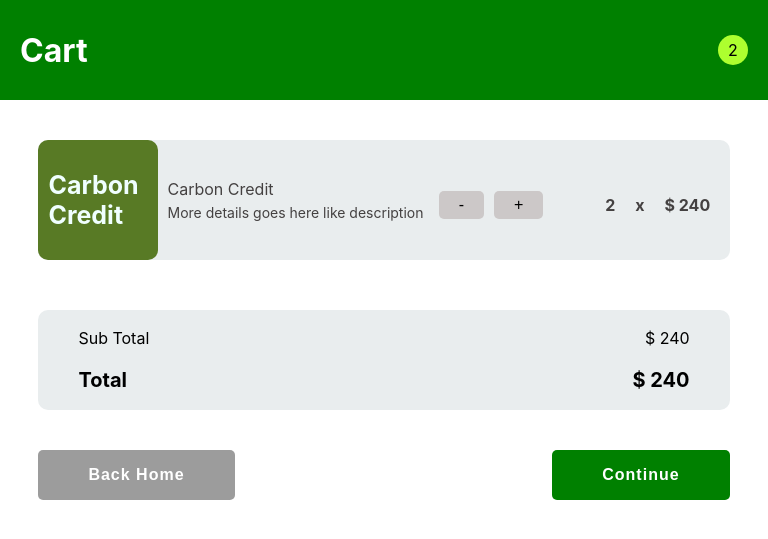
Repository: Yowani24/CarbonApp
Page: /cart
The author's editor kept a copy of each file at every save. The page is drawn from the files as they stood at one save, then again after the next save.
The browser window is 768 px wide. The pictures show the whole page.
The project was rebuilt for these pictures with package versions that can differ from the ones it lists, and the page was loaded fresh each time. The framework's server and built-in components were replaced by stand-ins that run in the browser. Also part of the build but not shown: next.config.js.

Above is the page before, as saved 2021-09-26 23:07:23.

### pages/_app.js
import '../styles/globals.css'
import Cart from './cart';

function MyApp({ Component, pageProps }) {
  return (
    <>
      <Component {...pageProps} />
    </>
  );
}

export default MyApp

### pages/cart/index.js
import React from 'react';
import Head from 'next/head'

import styles from './Cart.module.css'
import Link from 'next/link'

export default function Cart(props) {
    return (
        <>
          <Head>
              <title>Cart</title>
          </Head>
          <header>
              <div className={styles.interface}>
                    <div className={styles.header_content}>
                        <h1>Cart</h1>
                        <p>2</p>
                    </div>
              </div>
          </header>

          <section>
              <div className={styles.interface}>
                  <div className={styles.boxes}>
                      <div className={styles.content_box}>
                          <div className={styles.box}>
                              <h3>Carbon Credit</h3>
                          </div>

                          <div className={styles.product_details}>
                            <div className={styles.description}>
                                <p>Carbon Credit</p>
                                <p>More details goes here like description</p>
                            </div>

                            <div className={styles.details_wrapper}>
                                <div className={styles.quantity_controls}>
                                    <button>-</button>
                                    <button>+</button>
                                </div>

                                <div className={styles.current_money}>
                                    <p>2</p>
                                    <span>x</span>
                                    <p>$ 240</p>
                                </div>
                            </div>
                          </div>
                      </div>
                  </div>

                  <div className={styles.total_to_pay_box}>
                      <span>
                          <p>Sub Total</p>
                          <p>$ 240</p>
                      </span>
                      <span>
                          <p>Total</p>
                          <p>$ 240</p>
                      </span>
                  </div>

                  <div className={styles.button_box}>
                      <Link href="/"><button>Back Home</button></Link>
                      <button>Continue</button>
                  </div>
              </div>
          </section>
        </>
    )
}

### styles/globals.css
html,
body {
  padding: 0;
  margin: 0;
  font-family: -apple-system, BlinkMacSystemFont, Segoe UI, Roboto, Oxygen,
    Ubuntu, Cantarell, Fira Sans, Droid Sans, Helvetica Neue, sans-serif;
}

a {
  color: inherit;
  text-decoration: none;
}

* {
  margin: 0;
  box-sizing: border-box;
}

### pages/cart/Cart.module.css
.interface{
    width: 80%;
    margin: 0 auto;
}

@media (max-width: 780px){
    .interface{
        width: 100%;
    }
}

/* =================HEADER================ */

.header_content{
    display: flex;
    justify-content: space-between;
    align-items: center;
    height: 100px;
    padding: 0 20px;
    background: green;
}
.header_content h1{
    color: #FFFFFF;
}
.header_content p{
    background: greenyellow;
    display: flex;
    justify-content: center;
    align-items:center;
    width: 30px;
    height: 30px;
    border-radius: 100%;
}


/* ============================== */
.boxes{
    margin-top: 40px;
}
.content_box{
    width: 100%;
    height: 120px;
    background:rgb(233, 237, 238);
    border-radius: 10px;

    display: flex;
    align-items:center;
}
.box{
    width: 120px;
    background: rgb(88, 122, 37);
    height: 100%;
    border-radius: 10px;

    display: flex;
    justify-content: center;
    align-items: center;
}
.box h3{
    font-size: 25px;
    width: 100px;
    color: azure;
}
.product_details{
    display: flex;
    justify-content: space-between;
    align-items: center;
    width: 80%;
    margin: 0 auto;
    color: hsl(0, 2%, 26%);
}
.description p:nth-child(2){
    margin-top: 5px;
    font-size: 14px;
}
.details_wrapper{
    width: 60%;

    display: flex;
    align-items: center;
    justify-content: space-between;
}
.quantity_controls button{
    border: none;
    padding: 5px 20px;
    margin: 0 5px;
    border-radius: 5px;
    font-size: 16px;
    background: rgb(204, 200, 200);
    cursor: pointer;
}
.quantity_controls button:active{
    background: rgb(148, 146, 146);
}
.current_money{
    display: flex;
    font-size: 16px;
    font-weight: bold;
}
.current_money span{
    padding: 0 20px;
}

@media (max-width: 415px){
    .content_box{
        height: 80px;
    }
    .box{
        width: 80px;
    }
    .box h3{
        font-size: 16px;
        width: 60px;
        color: azure;
    }

    .product_details{
        justify-content: center;
        flex-direction: column;
        width: 60%;
    }
    .description{
        width: 100%;
    }
    .description p:first-child{
        font-size: 14px;
    }
    .description p:nth-child(2){
        margin-top: 2px;
        font-size: 9px;
    }
    .details_wrapper{
        width: 100%;
        margin-top: 10px;
    }
    .quantity_controls button{
        padding: 5px 10px;
    }
    .current_money span{
        padding: 0 5px;
    }
}
@media (max-width: 780px){
    .content_box{
        height: 120px;
        width: 90%;
        margin: 0 auto;
    }
}

/* ==================================== */

.total_to_pay_box{
    width: 100%;
    height: 100px;
    background:rgb(233, 237, 238);
    border-radius: 10px;

    display: flex;
    flex-direction: column;
    justify-content: center;
    margin-top: 50px;
    padding: 0 40px;
}

.total_to_pay_box span{
    display: flex;
    justify-content: space-between;
    margin: 10px 0;
}
.total_to_pay_box span:nth-child(2){
    font-weight: bold;
    font-size: 20px;
}

@media (max-width: 415px){
    .total_to_pay_box{
        height: 80px;
    }
    .total_to_pay_box span{
        margin: 5px 0;
    }
    .total_to_pay_box span:first-child{
        font-size: 14px;
    }
    .total_to_pay_box span:nth-child(2){
        font-size: 16px;
    }
}
@media (max-width: 780px){
    .total_to_pay_box{
        height: 100px;
        width: 90%;
        margin: 0 auto;
        margin-top: 50px;
    }
    .details_wrapper{
        width: 50%;
        margin: 0 auto;
        margin-top: 10px;
    }
}


/* ===================================== */


.button_box{
    display: flex;
    justify-content: space-between;
    margin-top: 100px;
}
.button_box button:first-child{
    background: rgb(156, 156, 156);
}
.button_box button:first-child:hover{
    background: rgb(122, 120, 120);
}
.button_box button:first-child:active{
    background: rgb(187, 184, 184);
}
.button_box button{
    border: none;
    background: green;
    padding: 10px 40px;
    font-size: 16px;
    color: #FFFFFF;
    letter-spacing: 1px;
    border-radius: 5px;
    cursor: pointer;
    transition: .1s;
    font-weight: bold;
}
.button_box button:nth-child(2):hover{
    background: rgb(1, 92, 1);
}
.button_box button:nth-child(2):active{
    background: rgb(13, 131, 13);
}

@media (max-width: 415px){
    .button_box button{
        padding: 10px 25px;
        font-size: 14px;
    }
}
@media (max-width: 780px){
    .button_box{
        width: 90%;
        margin: 0 auto;
        margin-top: 40px;
    }
    .button_box button{
        padding: 16px 50px;
        font-size: 16px;
    }
}

Loaded but not shown: pages/api/hello.js (common file)

After the next save:
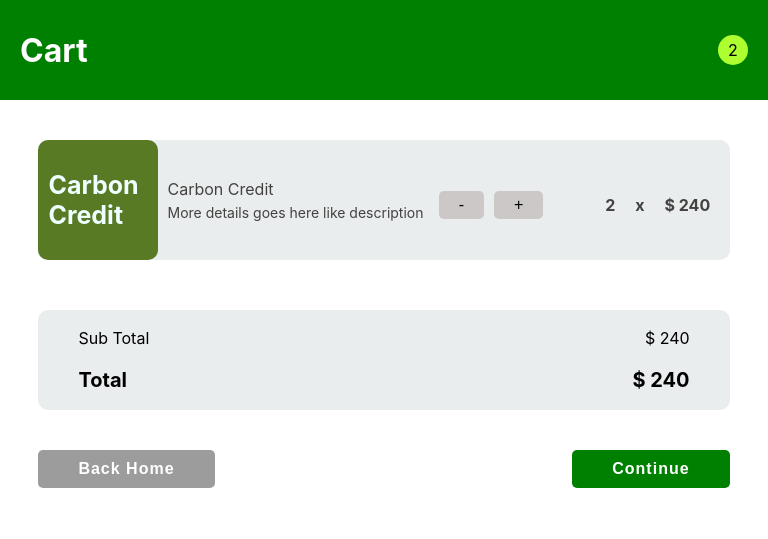
Saved 62 s later.
--- a/pages/cart/Cart.module.css
+++ b/pages/cart/Cart.module.css
@@ -250,8 +250,8 @@
         margin: 0 auto;
         margin-top: 40px;
     }
-    .button_box button{
+    /* .button_box button{
         padding: 16px 50px;
         font-size: 16px;
-    }
-}
+    } */
+}

After the save that followed:
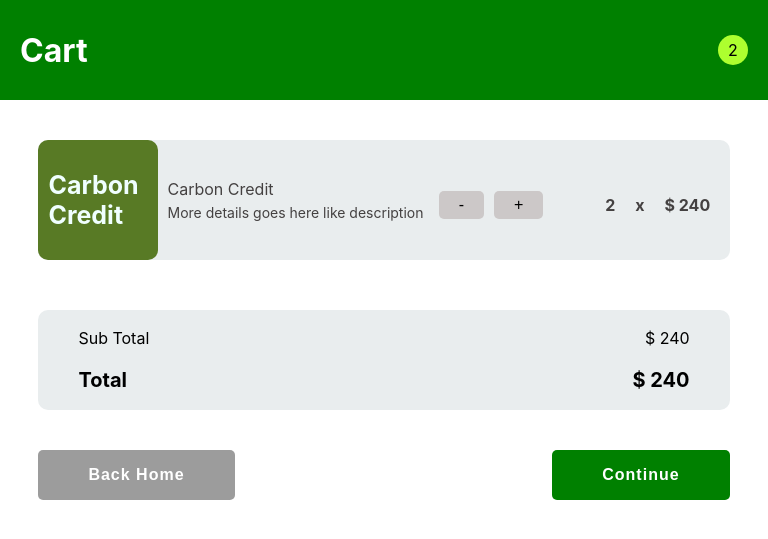
Saved 18 s later.
--- a/pages/cart/Cart.module.css
+++ b/pages/cart/Cart.module.css
@@ -250,8 +250,8 @@
         margin: 0 auto;
         margin-top: 40px;
     }
-    /* .button_box button{
+    .button_box button{
         padding: 16px 50px;
         font-size: 16px;
-    } */
-}
+    }
+}
